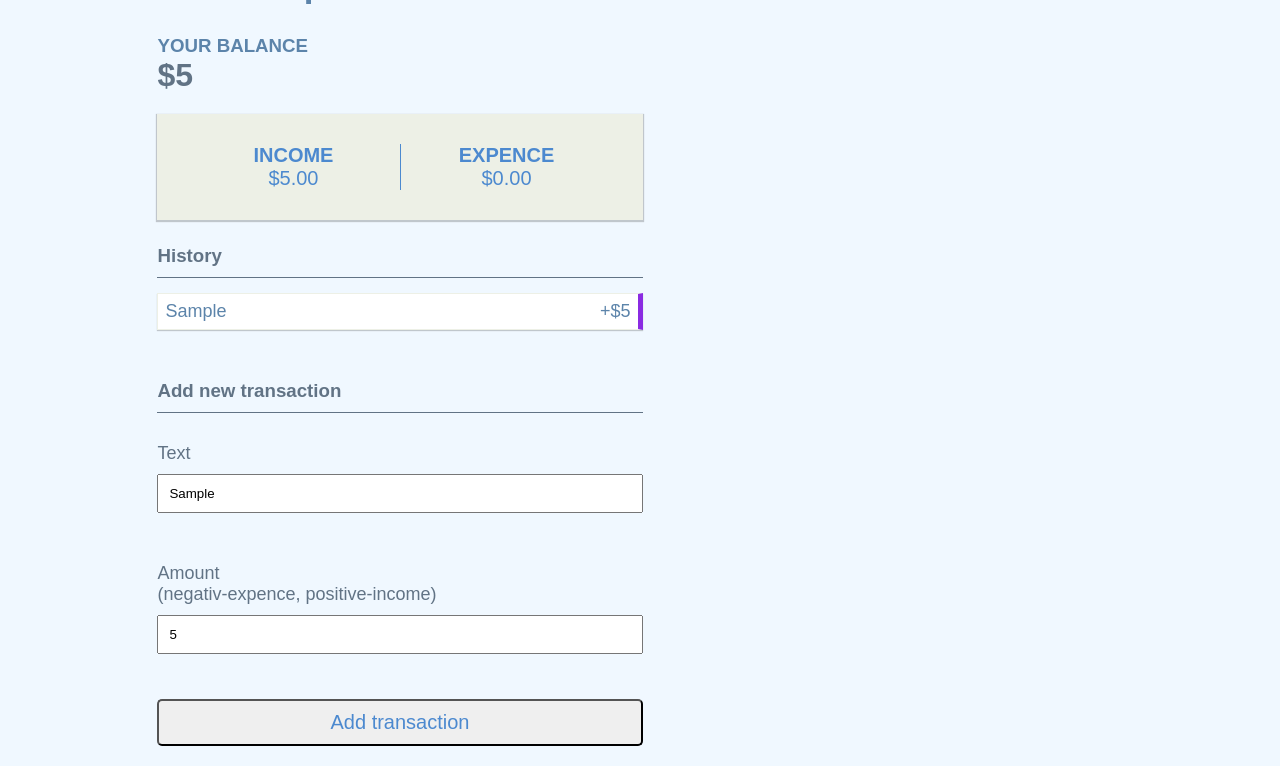
Repository: AbrorjonKuchkarov/expence-tracker-
Page: index.html
An editor plug-in stored every save of this project. The page is shown before and after the next save, followed by the edit.
The browser window is 1280 px wide. The pictures show the whole page.
Empty fields were first filled with sample values (such as "Sample", 5 or name@example.com).
After loading, the first visible `#form` was submitted once.

Above is the page before, as saved 2022-03-01 17:50:54.

After the next save:
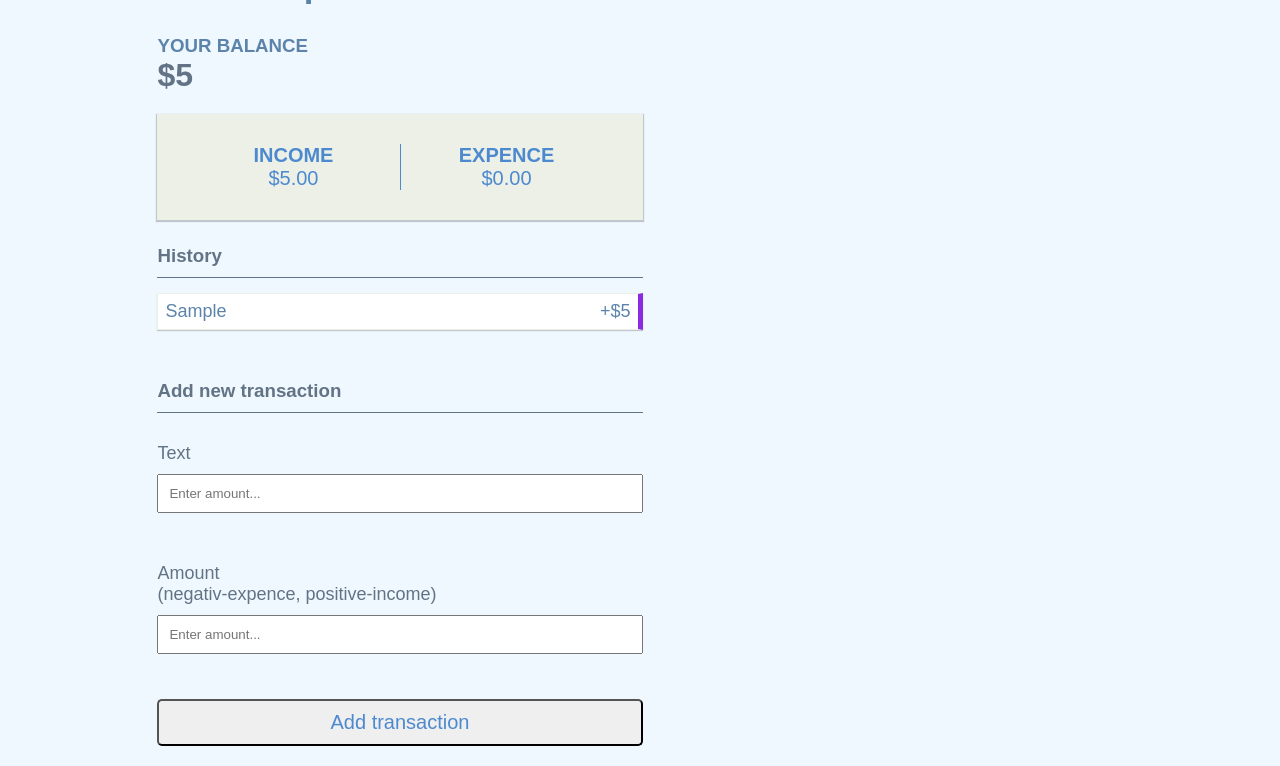
Saved 2 min 33 s later.
--- a/app.js
+++ b/app.js
@@ -26,7 +26,10 @@ function addTransaction (e) {
 
       addTransactionToDOM(transaction);
       updateValues();
-      setToLocalStorage()
+      setToLocalStorage();
+
+      text.value = '';
+      amount.value = '';
    }
 }
 
